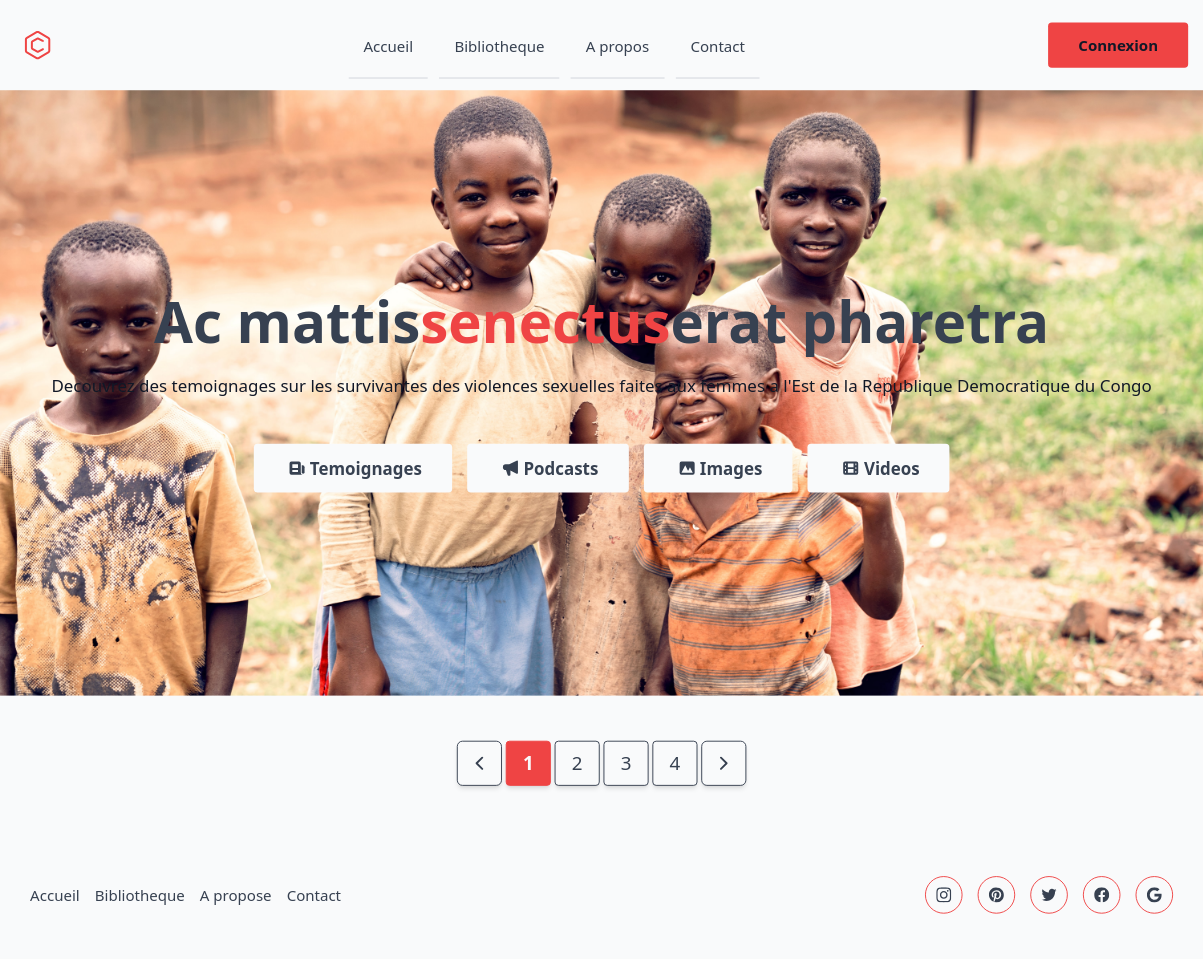
Repository: erulabs243/museum
Page: /library
An editor plug-in stored every save of this project. The page is shown before and after the next save, followed by the edit.
The browser window is 1280 px wide. The pictures show the whole page, at 94% of full size.
Backgrounds fixed to the window are drawn as part of the page. The project was rebuilt for these pictures with package versions that can differ from the ones it lists, and the page was loaded fresh each time. Also part of the build but not shown: vite.config.js, src/pages/admin/Home.jsx, src/pages/commons/NotFound.jsx, src/components/atoms/TagBadge.jsx, src/components/atoms/MyAudioPlayer.jsx, src/components/atoms/MyVideoPlayer.jsx, src/components/atoms/MediaCard.jsx, src/components/sections/Testimonial.jsx and 14 more.

Above is the page before, as saved 2022-08-10 14:49:20.

After the next save:
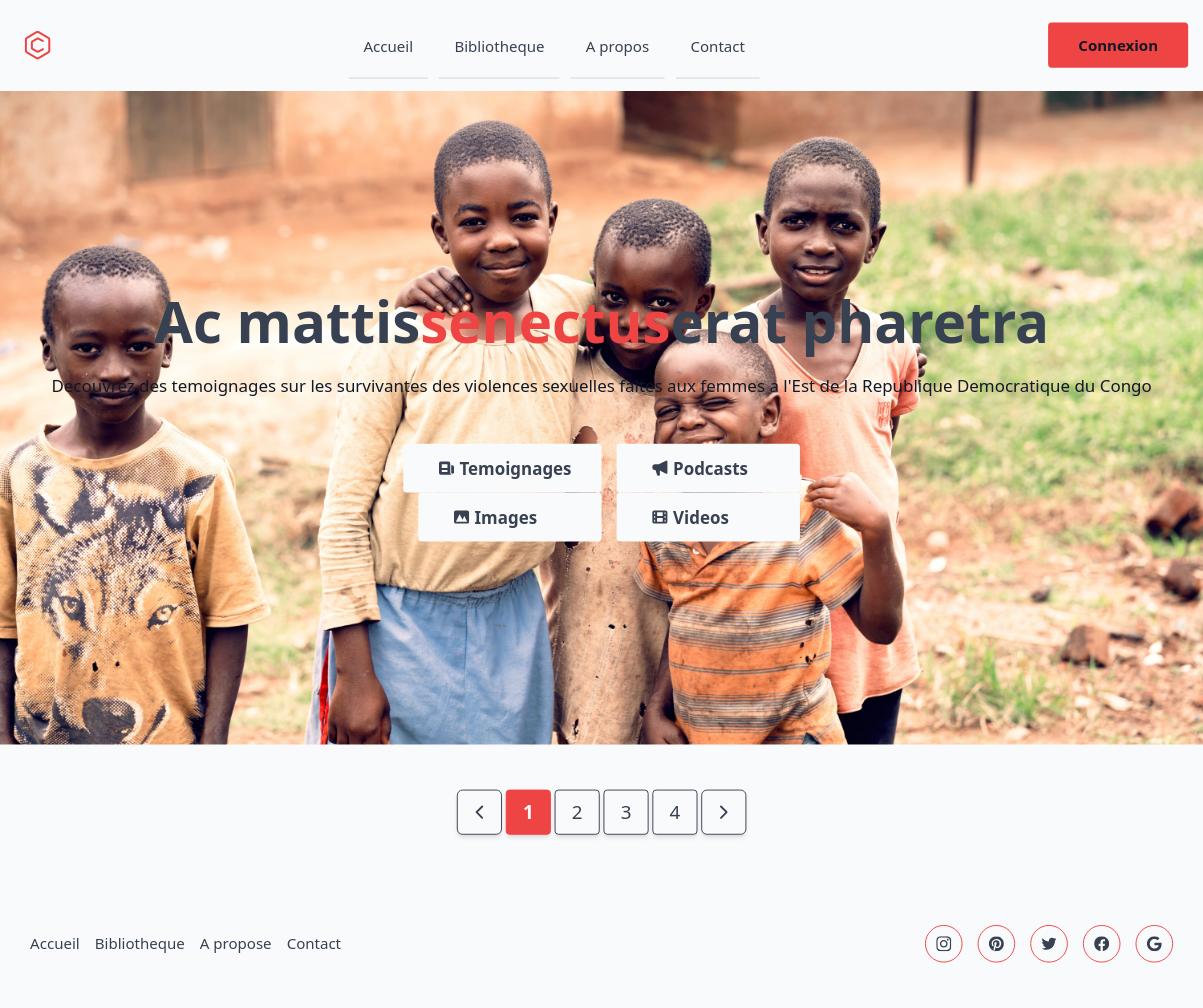
Saved 107 s later.
--- a/src/components/sections/LibraryHeader.jsx
+++ b/src/components/sections/LibraryHeader.jsx
@@ -21,7 +21,7 @@
                         Decouvrez des temoignages sur les survivantes des violences sexuelles faites
                         aux femmes a l'Est de la Republique Democratique du Congo
                     </p>
-                    <div className="flex flex-col space-y-4 sm:items-center sm:justify-center sm:flex-row sm:space-y-0 sm:space-x-4 lg:justify-start">
+                    <div className="grid grid-cols-2 space-y-4 sm:items-center sm:justify-center sm:flex-row sm:space-y-0 sm:space-x-4 lg:justify-start">
                         <a
                             rel="noopener noreferrer"
                             href="/stories"

After the 3 saves that followed:
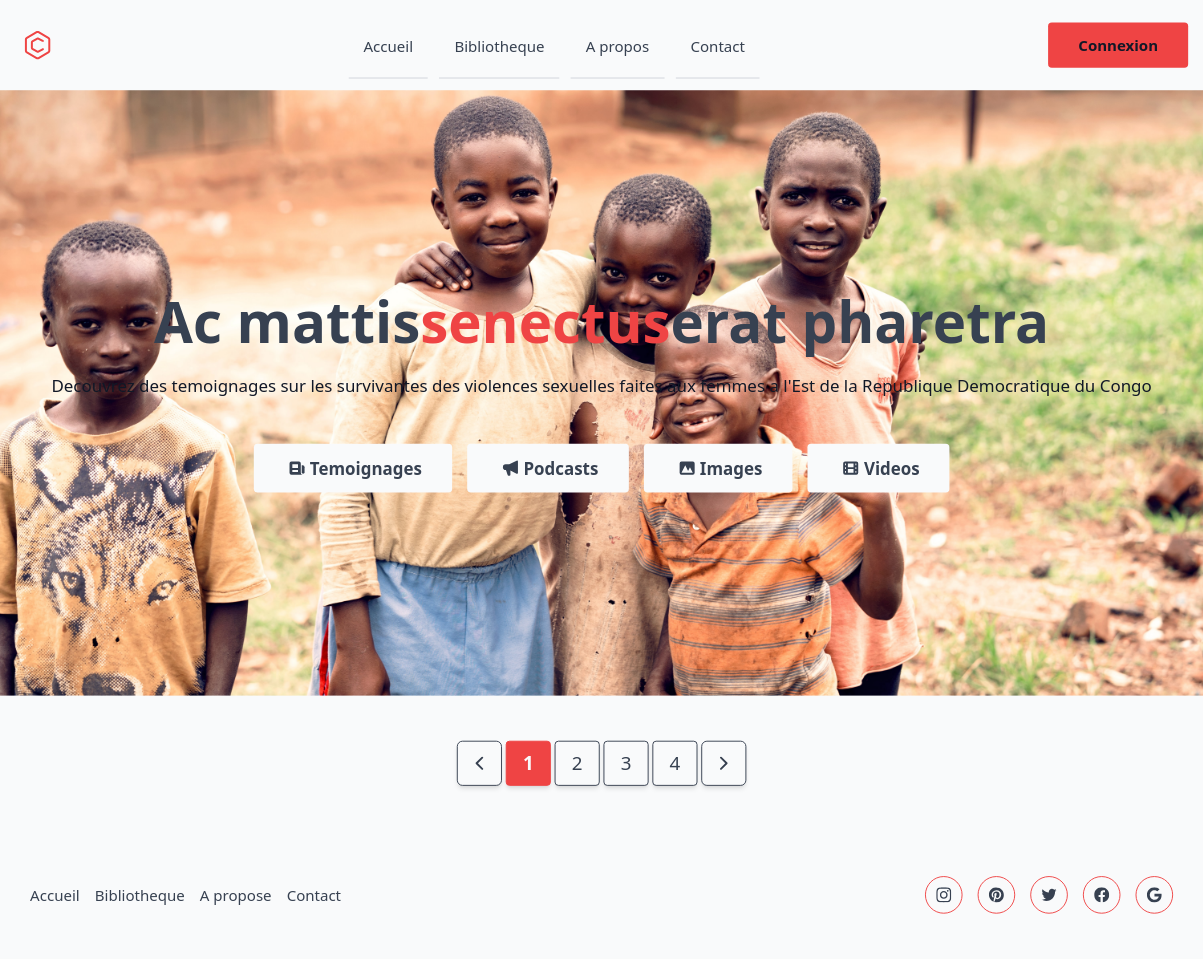
The 3 saves are shown as one change because 1 left the picture as it was and some came seconds apart.
The last was saved 23 s later.
--- a/src/components/sections/LibraryHeader.jsx
+++ b/src/components/sections/LibraryHeader.jsx
@@ -21,7 +21,7 @@
                         Decouvrez des temoignages sur les survivantes des violences sexuelles faites
                         aux femmes a l'Est de la Republique Democratique du Congo
                     </p>
-                    <div className="grid grid-cols-2 space-y-4 sm:items-center sm:justify-center sm:flex-row sm:space-y-0 sm:space-x-4 lg:justify-start">
+                    <div className="flex flex-col space-y-4 sm:items-center sm:justify-center sm:flex-row sm:space-y-0 sm:space-x-4 lg:justify-start">
                         <a
                             rel="noopener noreferrer"
                             href="/stories"
